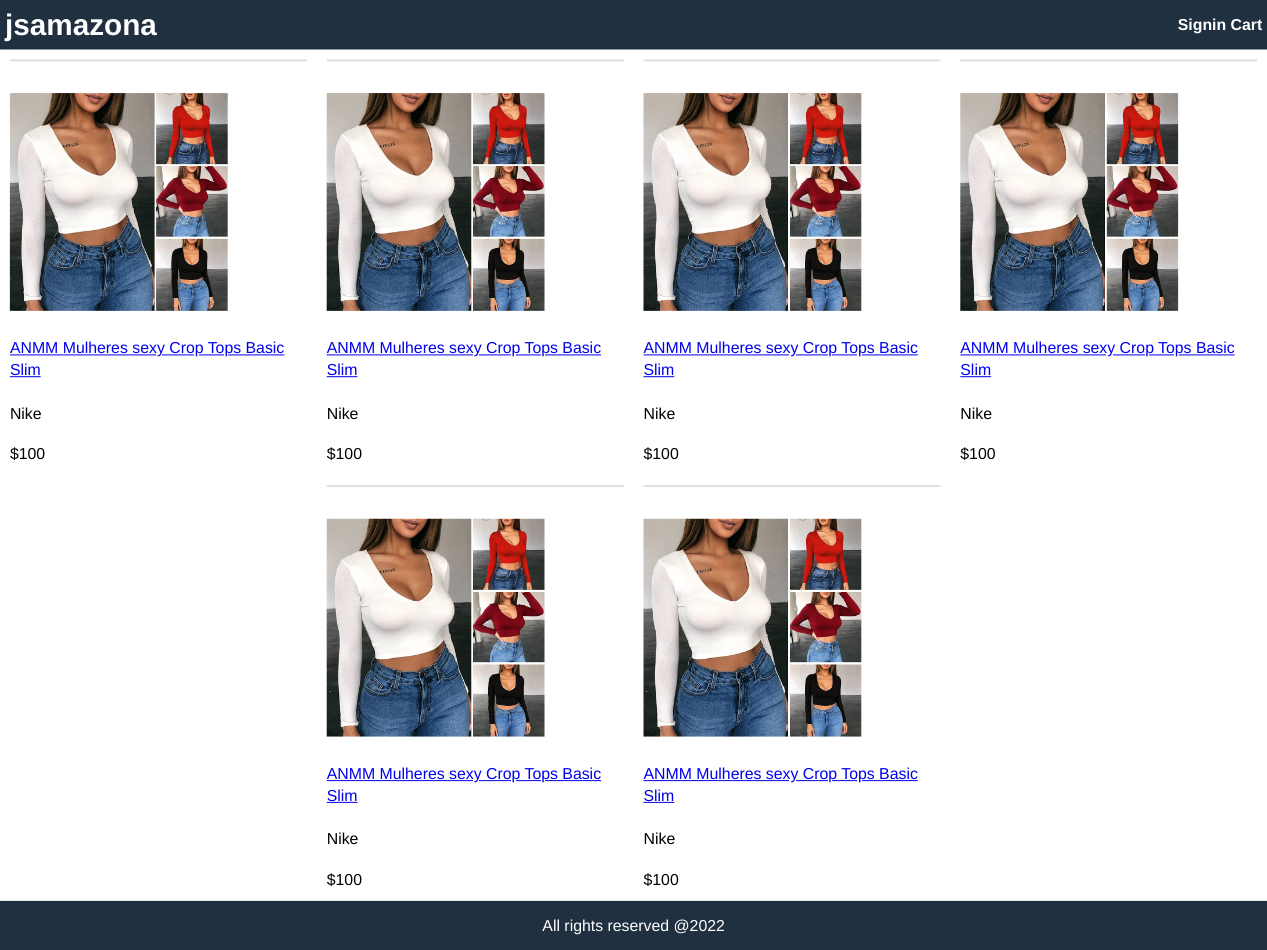
Repository: Mardoqueu/ecommerce-website
Page: jsamazona/frontend/src/index.html
These files come from the project's save history. The page is drawn as it stood at one moment and after the next save; the edit follows.
The browser window is 1280 px wide. The pictures show the whole page, at 99% of full size.

Above is the page before, as saved 2022-09-12 10:26:25.

### jsamazona/frontend/src/index.html
<!DOCTYPE html>
<html lang="en">
  <head>
    <meta charset="UTF-8" />
    <meta http-equiv="X-UA-Compatible" content="IE=edge" />
    <meta name="viewport" content="width=device-width, initial-scale=1.0" />
    <link rel="stylesheet" href="style.css" />
    <title>JS Amazona</title>
  </head>
  <body>
    <div class="grid-container">
      <header>
        <div class="brand">
          <a href="/#/">jsamazona</a>
        </div>
        <div>
          <a href="/#/signin">Signin</a>
          <a href="/#/cart">Cart</a>
        </div>
      </header>
      <main>
        <div>
          <ul class="products">
            <li>
              <div class="product">
                <a href="/#/products/1">
                  <img src="images/product-1.jpg" alt="product 1" />
                </a>
                <div class="product-name">
                  <a href="/#/products/1">
                    ANMM Mulheres sexy Crop Tops Basic Slim
                  </a>
                </div>
                <div class="product-brand">Nike</div>
                <div class="product-price">$100</div>
              </div>
            </li>
            <li>
              <div class="product">
                <a href="/#/products/1">
                  <img src="images/product-1.jpg" alt="product 1" />
                </a>
                <div class="product-name">
                  <a href="/#/products/1">
                    ANMM Mulheres sexy Crop Tops Basic Slim
                  </a>
                </div>
                <div class="product-brand">Nike</div>
                <div class="product-price">$100</div>
              </div>
            </li>
            <li>
              <div class="product">
                <a href="/#/products/1">
                  <img src="images/product-1.jpg" alt="product 1" />
                </a>
                <div class="product-name">
                  <a href="/#/products/1">
                    ANMM Mulheres sexy Crop Tops Basic Slim
                  </a>
                </div>
                <div class="product-brand">Nike</div>
                <div class="product-price">$100</div>
              </div>
            </li>
            <li>
              <div class="product">
                <a href="/#/products/1">
                  <img src="images/product-1.jpg" alt="product 1" />
                </a>
                <div class="product-name">
                  <a href="/#/products/1">
                    ANMM Mulheres sexy Crop Tops Basic Slim
                  </a>
                </div>
                <div class="product-brand">Nike</div>
                <div class="product-price">$100</div>
              </div>
            </li>
            <li>
              <div class="product">
                <a href="/#/products/1">
                  <img src="images/product-1.jpg" alt="product 1" />
                </a>
                <div class="product-name">
                  <a href="/#/products/1">
                    ANMM Mulheres sexy Crop Tops Basic Slim
                  </a>
                </div>
                <div class="product-brand">Nike</div>
                <div class="product-price">$100</div>
              </div>
            </li>
            <li>
              <div class="product">
                <a href="/#/products/1">
                  <img src="images/product-1.jpg" alt="product 1" />
                </a>
                <div class="product-name">
                  <a href="/#/products/1">
                    ANMM Mulheres sexy Crop Tops Basic Slim
                  </a>
                </div>
                <div class="product-brand">Nike</div>
                <div class="product-price">$100</div>
              </div>
            </li>
          </ul>
        </div>
      </main>
      <footer>All rights reserved @2022</footer>
    </div>
  </body>
</html>

### jsamazona/frontend/src/style.css
* {
    box-sizing: border-box;
  }
  html {
    font-size: 62.5%; /* 16px * 62.5 = 10px = 1rem */
  }
  body {
    height: 100vh;
    font: 1.6rem Helvetica, Arial;
    margin: 0;
  }
  .grid-container {
    display: grid;
    grid-template-areas:
      'header'
      'main'
      'footer';
    grid-template-columns: 1fr;
    grid-template-rows: 5rem 1fr 5rem;
    height: 100%;
  }

  header {
    grid-area: header;
    background-color: #203040;
    color: #ffffff;
    display: flex;
    justify-content: space-between;
    align-items: center;
    padding: 0.5rem;
  }
  header a {
    color: #ffffff;
    font-weight: bold;
    text-decoration: none;
  }
  header a:hover {
    color: #f08040;
  }

  .brand a {
    font-size: 3rem;
  }

  footer {
    background-color: #203040;
    display: flex;
    justify-content: center;
    align-items: center;
    color: #ffffff;
  }

/* Products */
.products {
    display: flex;
    flex-wrap: wrap;
    list-style-type: none;
    padding: 0;
    margin: 0;
    justify-content: center;
  }

  .products li {
    flex: 0 1 30rem;
    margin: 1rem;
    margin-bottom: 0;
    height: 42rem;
    border-top: 0.2rem #e0e0e0 solid;
  }

  .product {
    display: flex;
    flex-direction: column;
    justify-content: space-around;
    height: 100%;
  }

  .product img {
    max-height: 26rem;
    max-width: 22rem;
    margin-top: 2rem;
  }

  .product-name {
    line-height: 2.2rem;
  }

After the next save:
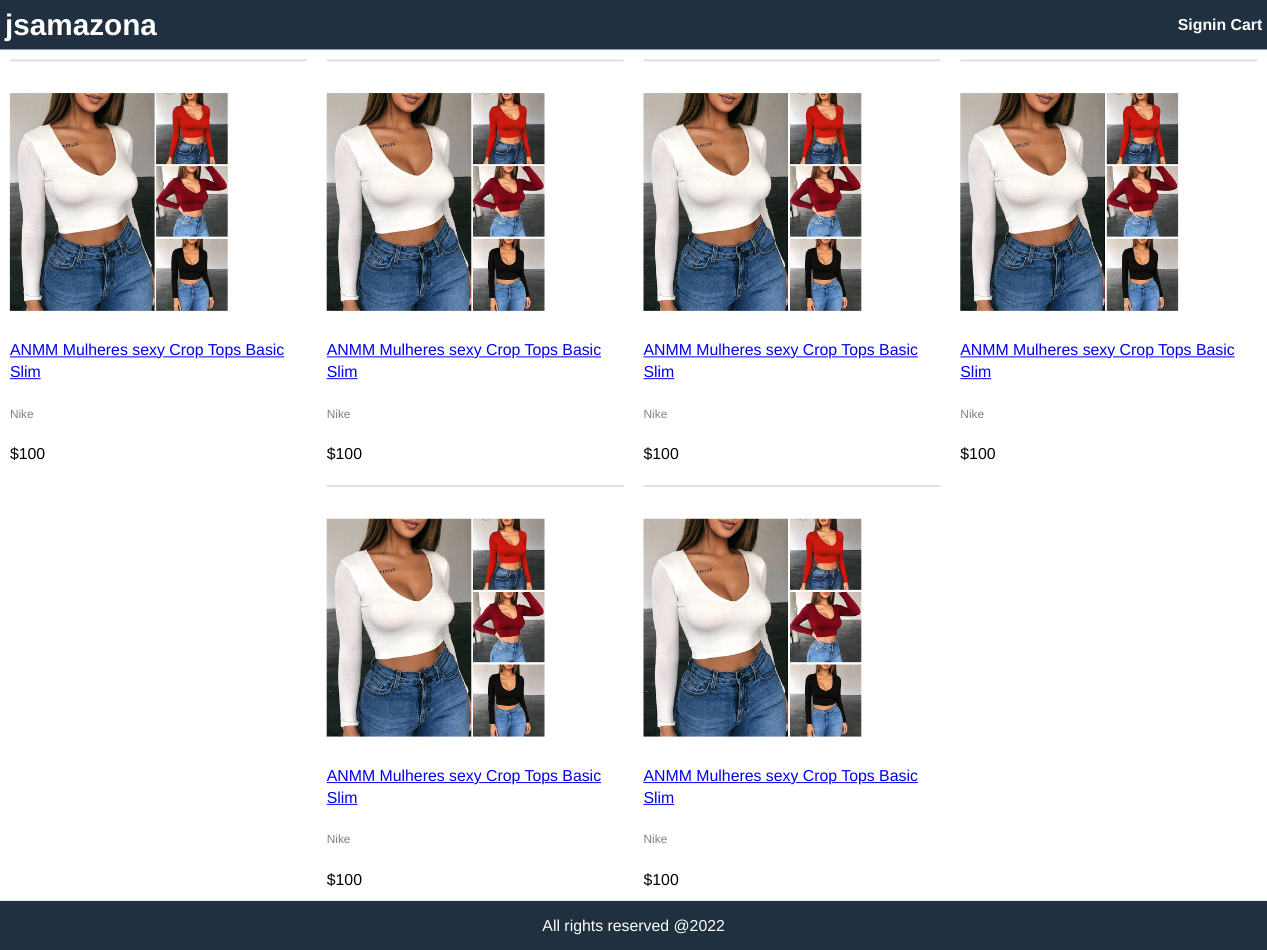
Saved 38 s later.
--- a/jsamazona/frontend/src/style.css
+++ b/jsamazona/frontend/src/style.css
@@ -84,3 +84,8 @@
   .product-name {
     line-height: 2.2rem;
   }
+
+  .product-brand {
+    font-size: 1.2rem;
+    color: #808080;
+  }
